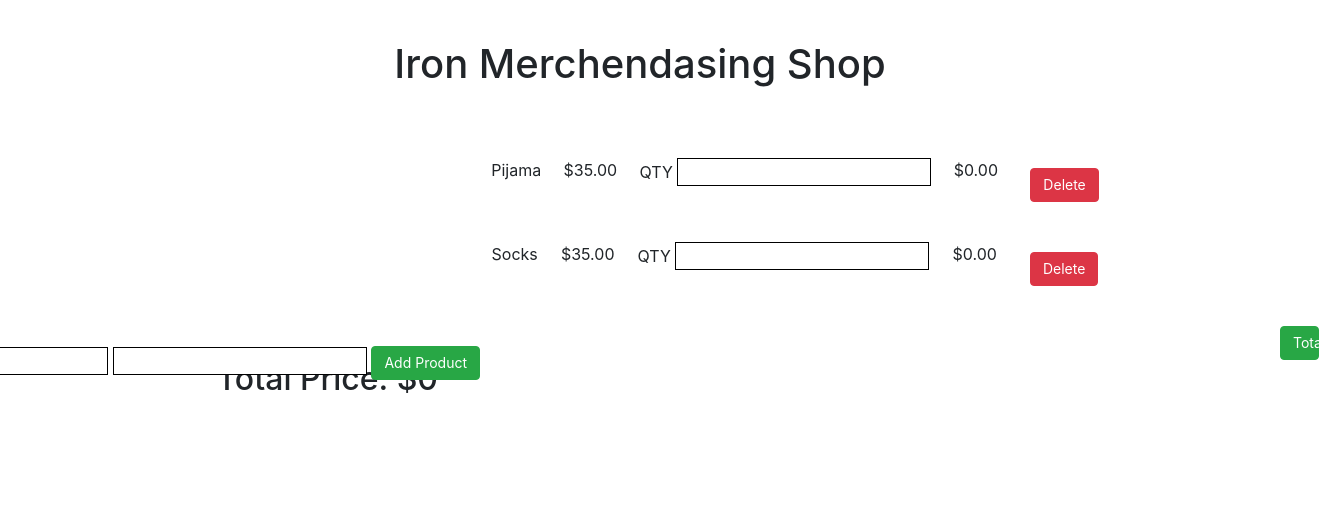
Repository: konstantin0s/lab-cart-DOM
Page: index.html
These files come from the project's save history. The page is drawn as it stood at one moment and after the next save; the edit follows.
The browser window is 1280 px wide. The page is 1325 px wide, so the pictures cover 1325 px, including what lies to the right of the window. The pictures show the whole page.
Some web libraries are served in a nearby version.

Above is the page before, as saved 2019-02-04 09:48:09.
Console error: TypeError: Cannot set properties of null (setting 'onclick')

After the next save:
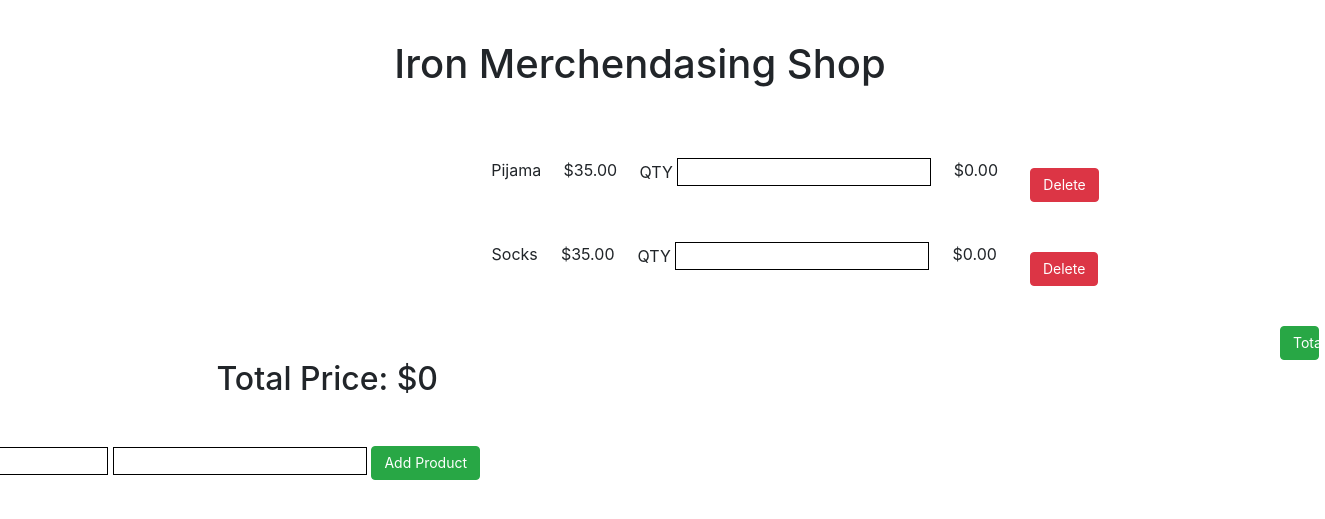
Saved 7 s later.
--- a/css/style.css
+++ b/css/style.css
@@ -132,7 +132,7 @@ input {
   position: relative;
   float: right;
   left: -800px;
-  top: 30px;
+  top: 130px;
   /* width: 300px; */
   display: inline-block;
 }
